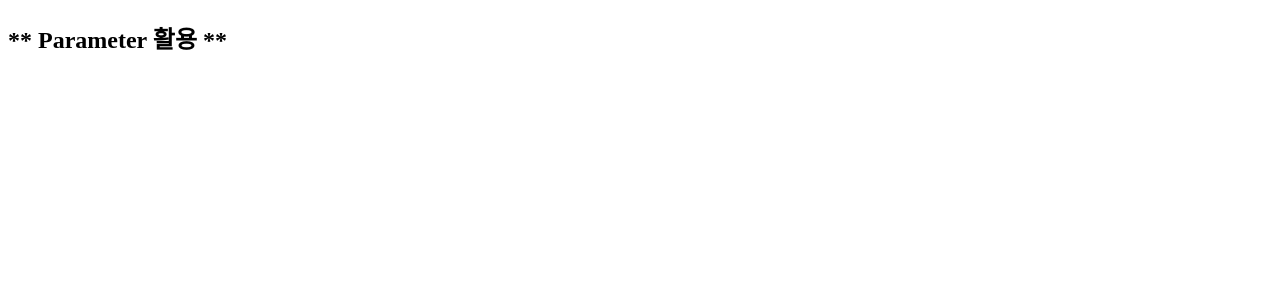
Repository: JYH94/JAVA
Page: http://localhost/web01/jsp02_el/ex03_parameter.jsp
These files come from the project's save history. The page is drawn as it stood at one moment and after the next save; the edit follows.
The browser window is 1280 px wide. The pictures show the whole page.
The page is served by Tomcat 9.

Above is the page before, as saved 2024-01-16 03:12:30.

After the next save:
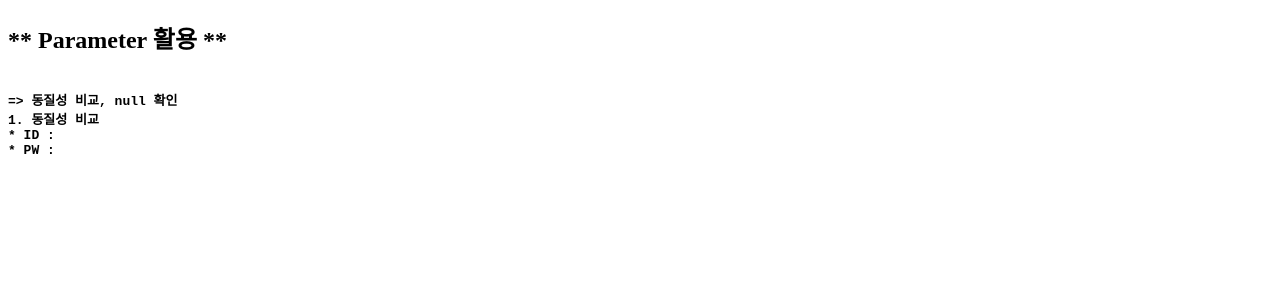
Saved 2 min 28 s later.
--- a/web01/src/main/webapp/jsp02_el/ex03_parameter.jsp
+++ b/web01/src/main/webapp/jsp02_el/ex03_parameter.jsp
@@ -9,6 +9,10 @@
 <body>
 <h2>** Parameter 활용 **</h2>
 <pre><b>
+=> 동질성 비교, null 확인
+1. 동질성 비교
+* ID : ${param.id}
+* PW : ${param.password}
 
 
 
